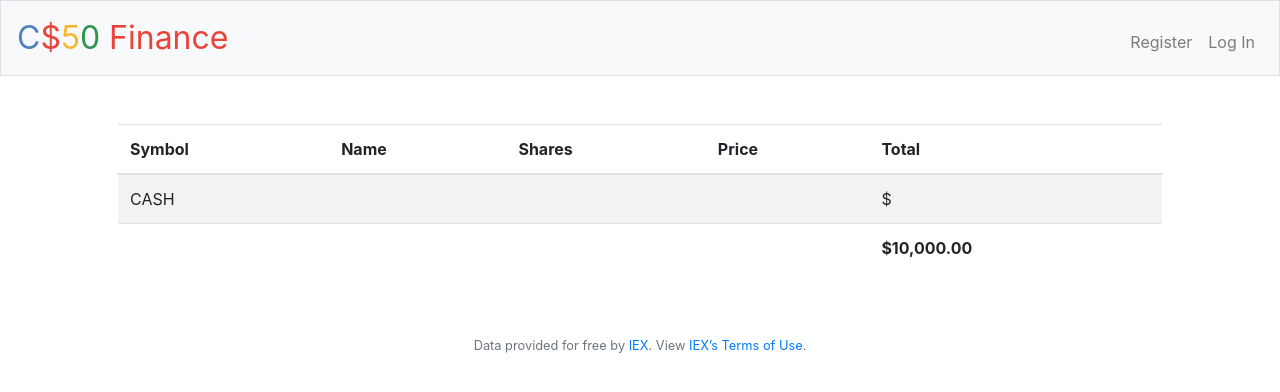
Repository: RomanMRR/finance
Page: finance/templates/index.html
The author's editor kept a record of every edit. The page is drawn from the files as they stood at one moment, then again after the next edit.
The browser window is 1280 px wide. The pictures show the whole page.
The template is drawn by Flask 3. The application's start-up code is not run. Other server files are loaded and not shown. The template is opened directly, without the code that normally fills it, so the values that code supplies are empty.

Above is the page before.

### finance/templates/index.html
{% extends 'layout.html' %}

{% block title %}
    Portfolio
{% endblock %}

{% block main %}

    <table class="table table-striped">
        <thead>
            <tr>
                <th>Symbol</th>
                <th>Name</th>
                <th>Shares</th>
                <th>Price</th>
                <th>Total</th>
            </tr>
        </thead>
        <tfoot>
            <tr>
                <td colspan="4"></td>
                <td>$10,000.00</td>
            </tr>
        </tfoot>
        <tbody>
            {% for row in rows %}
            <tr>
                <td>{{row[3] }}</td>
                <td>{{ row[1] }}</td>
                <td>{{ row[4] }}</td>
                <td>{{ row[0] }}</td>
                <td>{{ row[2] }}</td>
            </tr>
            {% endfor %}
            <tr>
                <td colspan="4">CASH</td>
                <td>${{ cashs }}</td>
            </tr>
        </tbody>
    </table>

{% endblock %}

### finance/templates/layout.html
<!DOCTYPE html>

<html lang="en">

    <head>

        <!-- Required meta tags -->
        <meta charset="utf-8">
        <meta name="viewport" content="width=device-width, initial-scale=1, shrink-to-fit=no">

        <!-- documentation at http://getbootstrap.com/docs/4.1/, alternative themes at https://bootswatch.com/ -->
        <link href="https://maxcdn.bootstrapcdn.com/bootstrap/4.1.3/css/bootstrap.min.css" rel="stylesheet">

        <!-- https://favicon.io/emoji-favicons/money-mouth-face/ -->
        <link href="/static/favicon.ico" rel="icon">

        <link href="/static/styles.css" rel="stylesheet">

        <script src="https://code.jquery.com/jquery-3.3.1.min.js"></script>
        <script src="https://cdnjs.cloudflare.com/ajax/libs/popper.js/1.14.3/umd/popper.min.js"></script>
        <script src="https://maxcdn.bootstrapcdn.com/bootstrap/4.1.3/js/bootstrap.min.js"></script>

        <title>C$50 Finance: {% block title %}{% endblock %}</title>

    </head>

    <body>

        <nav class="navbar navbar-expand-md navbar-light bg-light border">
            <a class="navbar-brand" href="/"><span class="blue">C</span><span class="red">$</span><span class="yellow">5</span><span class="green">0</span> <span class="red">Finance</span></a>
            <button aria-controls="navbar" aria-expanded="false" aria-label="Toggle navigation" class="navbar-toggler" data-target="#navbar" data-toggle="collapse" type="button">
                <span class="navbar-toggler-icon"></span>
            </button>
            <div class="collapse navbar-collapse" id="navbar">
                {% if session.user_id %}
                    <ul class="navbar-nav mr-auto mt-2">
                        <li class="nav-item"><a class="nav-link" href="/quote">Quote</a></li>
                        <li class="nav-item"><a class="nav-link" href="/buy">Buy</a></li>
                        <li class="nav-item"><a class="nav-link" href="/sell">Sell</a></li>
                        <li class="nav-item"><a class="nav-link" href="/history">History</a></li>
                    </ul>
                    <ul class="navbar-nav ml-auto mt-2">
                        <li class="nav-item"><a class="nav-link" href="/logout">Log Out</a></li>
                    </ul>
                {% else %}
                    <ul class="navbar-nav ml-auto mt-2">
                        <li class="nav-item"><a class="nav-link" href="/register">Register</a></li>
                        <li class="nav-item"><a class="nav-link" href="/login">Log In</a></li>
                    </ul>
                {% endif %}
            </div>
        </nav>

        {% if get_flashed_messages() %}
            <header>
                <div class="alert alert-primary border text-center" role="alert">
                    {{ get_flashed_messages() | join(" ") }}
                </div>
            </header>
        {% endif %}

        <main class="container p-5">
            {% block main %}{% endblock %}
        </main>

        <footer class="small text-center text-muted">
            Data provided for free by <a href="https://iextrading.com/developer">IEX</a>. View <a href="https://iextrading.com/api-exhibit-a/">IEX’s Terms of Use</a>.
        </footer>

    </body>

</html>

### finance/static/styles.css
nav .navbar-brand
{
    /* size for brand */
    font-size: xx-large;
}

/* colors for brand */
nav .navbar-brand .blue
{
    color: #537fbe;
}
nav .navbar-brand .red
{
    color: #ea433b;
}
nav .navbar-brand .yellow
{
    color: #f5b82e;
}
nav .navbar-brand .green
{
    color: #2e944b;
}

main .form-control
{
    /* center form controls */
    display: inline-block;

    /* override Bootstrap's 100% width for form controls */
    width: auto;
}

main
{
    /* scroll horizontally as needed */
    overflow-x: auto;

    /* center contents */
    text-align: center;
}

main table {
    text-align: left;
}

main tfoot {
    font-weight: bold;
}

main img
{
    /* constrain images on small screens */
    max-width: 100%;
}

After the next edit:
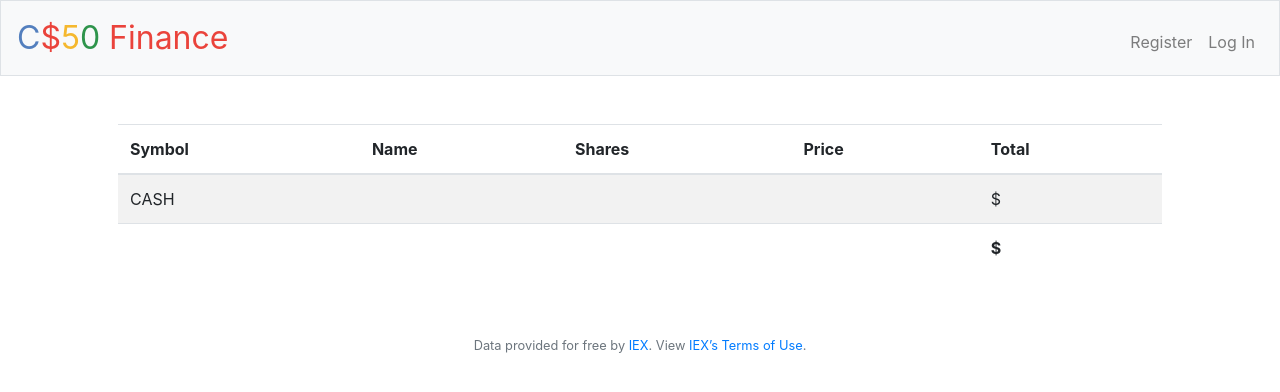
The edit:
--- a/finance/templates/index.html
+++ b/finance/templates/index.html
@@ -19,7 +19,7 @@
         <tfoot>
             <tr>
                 <td colspan="4"></td>
-                <td>$10,000.00</td>
+                <td>${{ cashs }}</td>
             </tr>
         </tfoot>
         <tbody>
